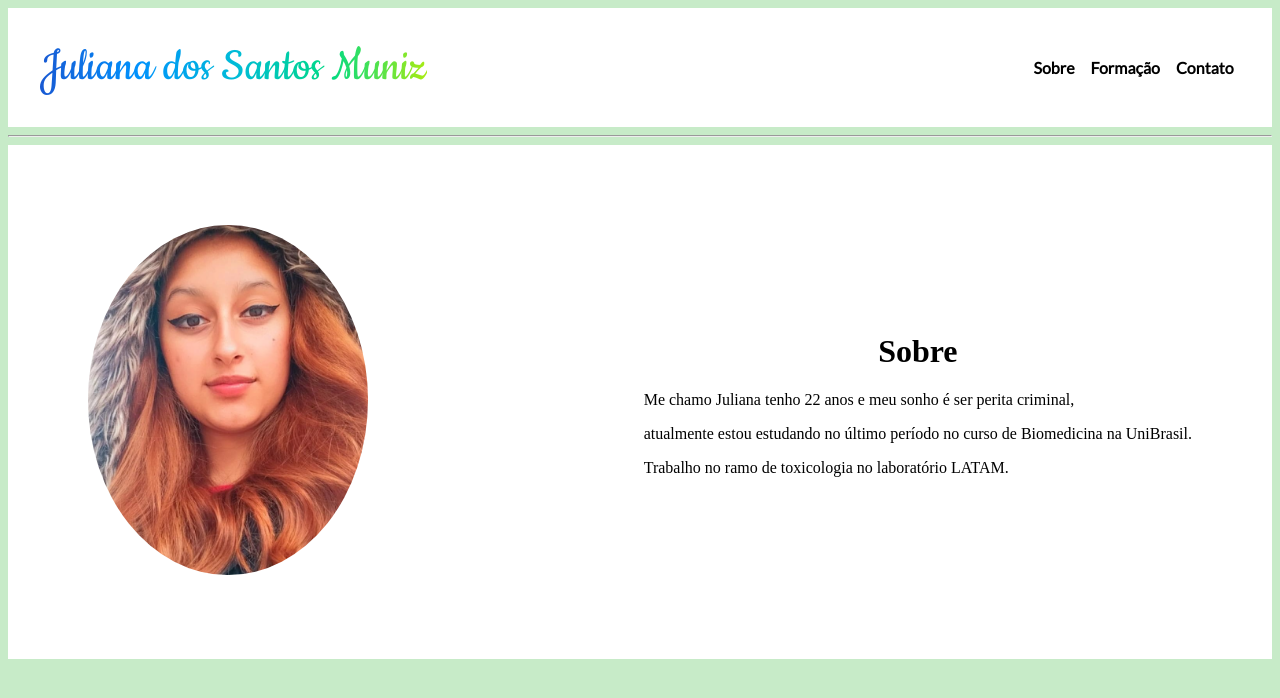
Repository: joaovnogueira/Portfolio-Juliana
Page: index.html
An editor plug-in stored every save of this project. The page is shown before and after a run of saves, followed by the edit.
The browser window is 1280 px wide. The pictures show the whole page.

Above is the page before, as saved 2022-06-14 16:01:40.

After the next 2 saves:
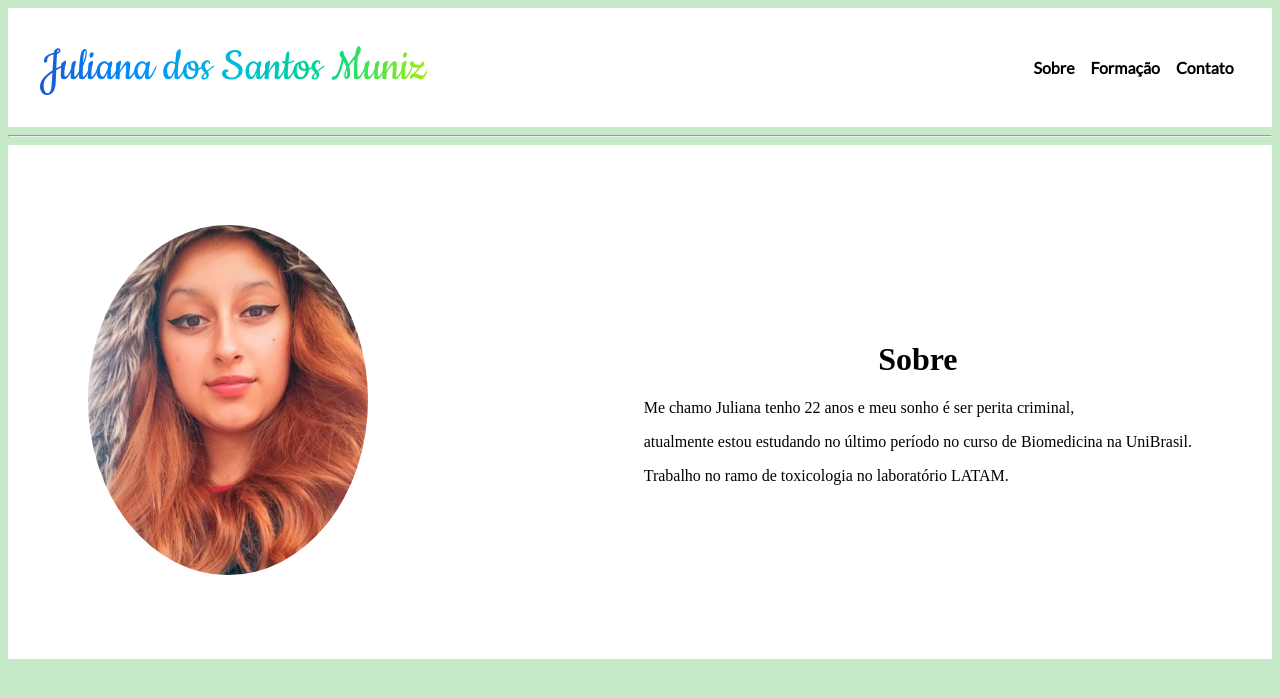
The 2 saves are shown as one change because they came seconds apart.
The last was saved 14 s later.
--- a/index.html
+++ b/index.html
@@ -29,8 +29,8 @@
             <div class="conteudo">
                 <h1>Sobre</h1>
                 <p>Me chamo Juliana tenho 22 anos e meu sonho é ser perita criminal,</p>
-                <p>atualmente estou estudando no último período no curso de Biomedicina na UniBrasil.</p>
-                <p>Trabalho no ramo de toxicologia no laboratório LATAM.</p>
+                atualmente estou estudando no último período no curso de Biomedicina na UniBrasil.</p>
+                Trabalho no ramo de toxicologia no laboratório LATAM.
             </div>
         </div>
         <div></div>
